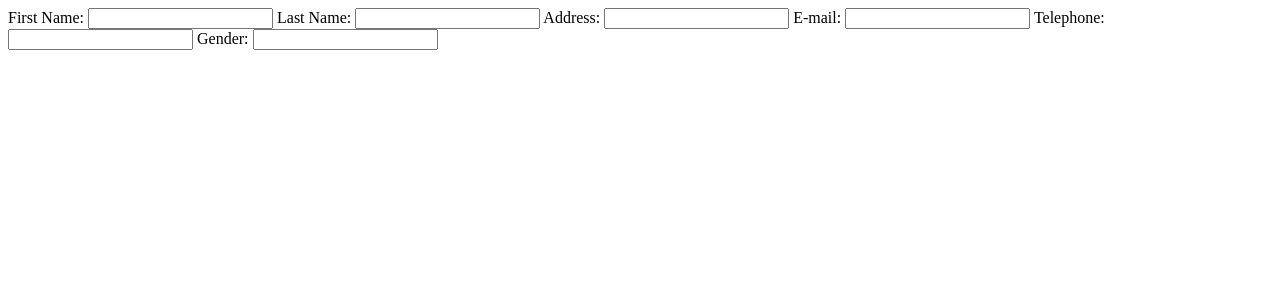
Repository: kiiigaaa/User_Profile
Page: http://localhost/GroceryOrdering/upUpdate.jsp
An editor plug-in stored every save of this project. The page is shown before and after the next save, followed by the edit.
The browser window is 1280 px wide. The pictures show the whole page.
The page is served by Tomcat 9. Other server files are loaded and not shown.

Above is the page before, as saved 2022-11-10 14:01:37.

### GroceryOrdering/src/main/webapp/upUpdate.jsp
<%@ page language="java" contentType="text/html; charset=ISO-8859-1"
    pageEncoding="ISO-8859-1"%>
<!DOCTYPE html>
<html>
<head>
<meta charset="ISO-8859-1">
<title>Insert title here</title>
</head>
<body>

	<form action="#" method = "post">

		First Name: <input type="text" name="fname" value="">
		Last Name: <input type="text" name="lname" value="">
		Address: <input type="text" name="address" value="">
		E-mail: <input type="text" name="email" value="">
		Telephone: <input type="email" name="email" value="">
		Gender: <input type="text" name="gender" value="">


	</form>

</body>
</html>

After the next save:
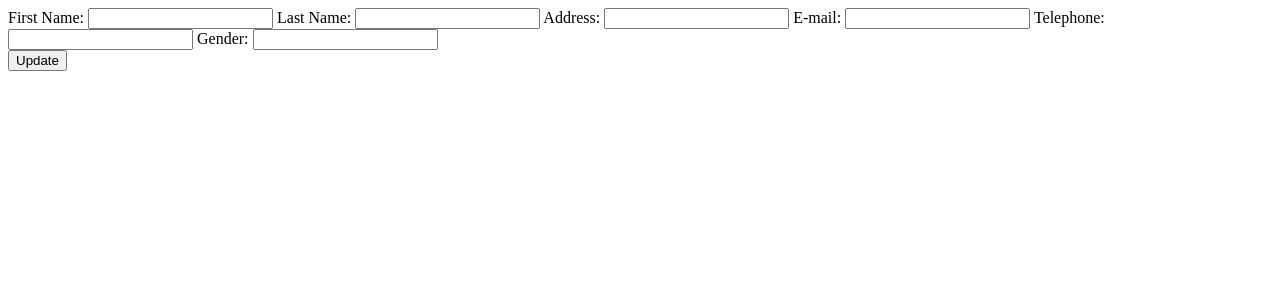
Saved 96 s later.
--- a/GroceryOrdering/src/main/webapp/upUpdate.jsp
+++ b/GroceryOrdering/src/main/webapp/upUpdate.jsp
@@ -17,6 +17,8 @@
 		Telephone: <input type="email" name="email" value="">
 		Gender: <input type="text" name="gender" value="">
 
+		<br><input type="submit" name="submit" value = "Update">
+
 
 	</form>
 
